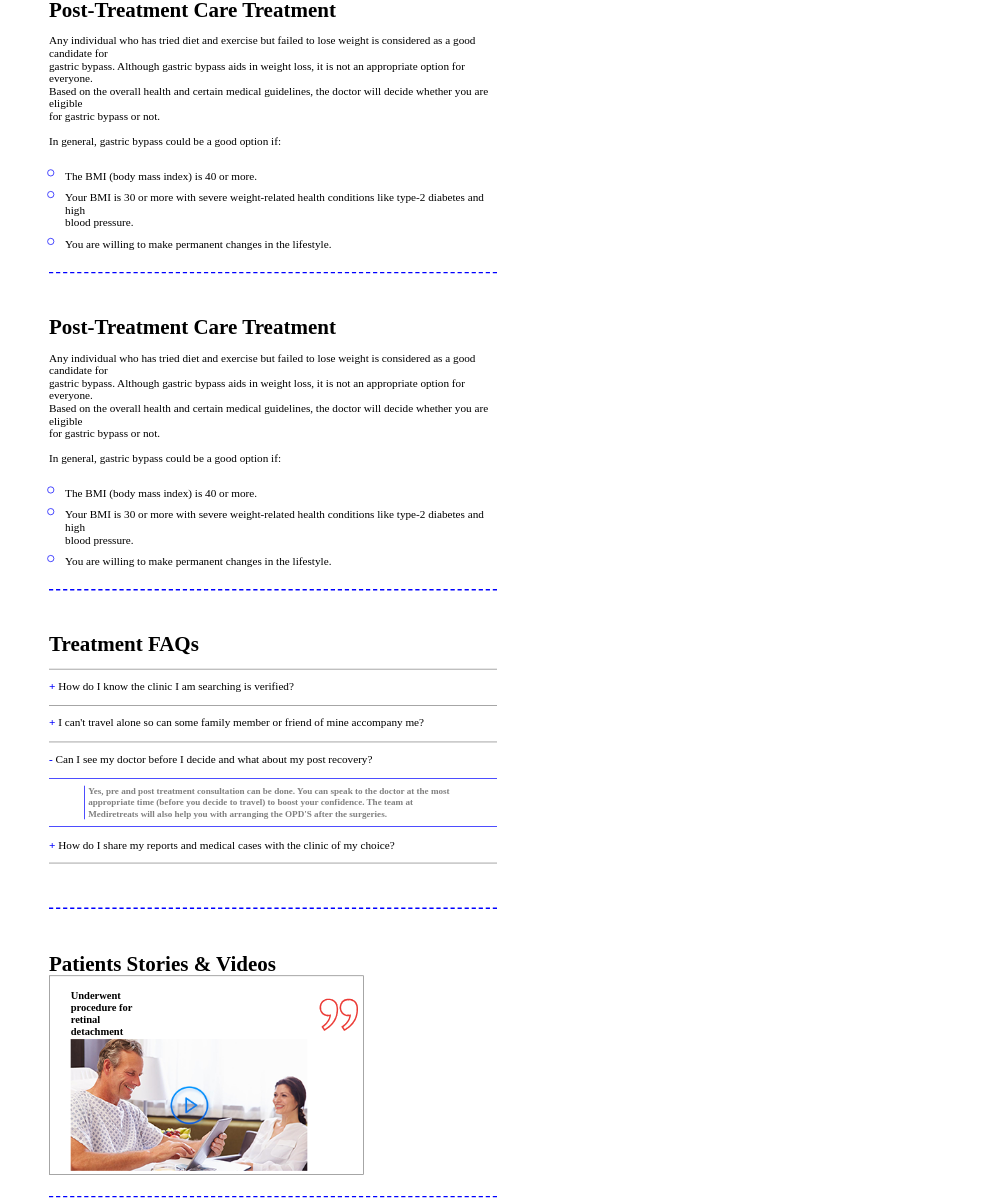
Repository: hetuk2005/webDevelopment
Page: Projects/Aafiya.html
These files come from the project's save history. The page is drawn as it stood at one moment and after the next save; the edit follows.
The browser window is 1280 px wide. The page is 1438 px wide, so the pictures cover 1438 px, including what lies to the right of the window. The pictures show the part of the page from y = 2759 to 4479 px (the page is 4479 px tall), at 70% of full size.

Above is the page before, as saved 2025-04-08 10:37:51.

### Projects/Aafiya.html
<!DOCTYPE html>
<html lang="en">

<head>
    <meta charset="UTF-8" />
    <meta name="viewport" content="width=device-width, initial-scale=1.0" />
    <title>Hetuk</title>
    <link rel="stylesheet" href="./CSS/Aafiya.css" />
</head>

<body>
    <nav>
        <div class="child1">
            <div class="images">
                <img src="./Images/Aafiya Logo.svg" alt="Aafiya Logo" class="img1" /><br />
                <img src="./Images/Logo 2.png" alt="Logo" class="img2" />
            </div>
            <div class="image_text">
                <div class="book_text">
                    <img src="./Images/Book.svg" alt="Book" class="img3" />
                    <div class="grid">
                        <br />
                        <p class="text">Second Medical Option</p>
                        <p class="text1">Book Consultation</p>
                    </div>
                </div>
                <div class="call_text">
                    <img src="./Images/Call.svg" alt="Call" class="img4" /><br />
                    <div class="grid">
                        <br />
                        <p class="text">Call Us On</p>
                        <p class="text1">985 896 2222</p>
                    </div>
                </div>
                <div class="mail_text">
                    <img src="./Images/Mail.png" alt="Mail" class="img5" />
                    <div class="grid">
                        <br />
                        <p class="text">Email Us On</p>
                        <p class="text1">info@mediretreats.com</p>
                    </div>
                </div>
                <div class="India">
                    <img src="./Images/India.svg" alt="India Flag" class="img6" />
                    <img src="./Images/Dropdown Arrow.svg" alt="Dropdown Arrow" class="img7" />
                </div>
            </div>
        </div>
        <div class="child2">
            <ul>
                <li>Home</li>
                <li>About Us</li>
                <li>Treatments +</li>
                <li>Destinations +</li>
                <li>Hospitals</li>
                <li>FAQs</li>
                <li>Blog</li>
                <li>Request A Quote</li>
            </ul>
            <input type="search" placeholder="Search" />
        </div>
    </nav>
    <div class="home_img">
        <div class="home_child">
            <p class="home_content">Home</p>
            <span> > </span>
            <p class="home_content">Treatments</p>
            <span> > </span>
            <p class="home_content">Orthopaedics</p>
            <span> > </span>
            <p class="home_content">Knee Replacement</p>
        </div>
        <br />
        <h3>Total Knee Replacement</h3>
        <p class="home_description">
            Total knee replacement is a surgery to remove and replace the whole<br /> damaged knee joint with an artificial joint.
        </p>
        <br />
        <button class="enquire_now">Enquire Now</button>
    </div>
    <div class="nav2">
        <ul>
            <li class="list">Overview</li>
            <li>Eligibility</li>
            <li>Preparation</li>
            <li>About Treatment</li>
            <li>Post-Treatment Care</li>
            <li>Recovery Tips</li>
            <li>FAQs</li>
            <li>Patients Stories</li>
        </ul>
    </div>
    <div class="treatment_overview">
        <div class="treatment_text">
            <h3>Treatment Overview</h3>
            <br />
            <p>
                Lorem ipsum dolor sit amet consectetur adipisicing elit.<br /> Earum, culpa vel debitis incidunt non quis.
            </p>
            <br />
            <p>
                Lorem ipsum dolor sit amet consectetur adipisicing elit.<br /> aliquam repudiandae, corporis consectetur dolorem eum.<br /> facilis quasi, praesentium inventore expedita quo hic.
            </p>
            <br />
            <p>
                Lorem ipsum dolor sit amet culpa vel debitis<br /> consectetur, adipisicing elit. Adipisci, nemo.
            </p>
            <br />
        </div>
        <div class="treatment_img">
            <img src="./Images/treatment_overview (1).jpg" alt="Image" />
        </div>
    </div>
    <div class="eligibility_for_treatment">
        <div class="eligibility_text">
            <h3>Eligibility For Treatment</h3>
            <br />
            <p>
                Any individual who has tried diet and exercise but failed to lose weight is considered as a good candidate for<br /> gastric bypass. Although gastric bypass aids in weight loss, it is not an appropriate option for everyone.<br /> Based
                on the overall health and certain medical guidelines, the doctor will decide whether you are eligible<br /> for gastric bypass or not.
            </p>
            <br />
            <p>In general, gastric bypass could be a good option if:</p>
            <br />
            <ul>
                <li>The BMI (body mass index) is 40 or more.</li>
                <li>
                    Your BMI is 30 or more with severe weight-related health conditions like type-2 diabetes and high<br /> blood pressure.
                </li>
                <li>You are willing to make permanent changes in the lifestyle.</li>
            </ul>
        </div>
        <br /><br /><br />
        <div class="eligibility_form">
            <h3>Need Help?</h3>
            <br />
            <p>
                Just let us know. We will be happy to<br /> assist you.
            </p>
            <br /><br />
            <form>
                <input type="text" placeholder="Full Name" /><br /><br />
                <input type="email" placeholder="Email" /><br /><br />
                <input type="tel" placeholder="Phone Number" /><br /><br />
                <input type="textarea" placeholder="Describe Your Treatment Requirement" class="textarea" /><br /><br />
                <button class="Enquiry">Send Enquiry</button>
            </form>
        </div>
    </div>
    <div class="preparation_of_treatment">
        <h3>Preparation Of Treatment</h3>
        <br />
        <p>
            Any individual who has tried diet and exercise but failed to lose weight is considered as a good candidate for<br /> gastric bypass. Although gastric bypass aids in weight loss, it is not an appropriate option for everyone.<br /> Based on
            the overall health and certain medical guidelines, the doctor will decide whether you are eligible<br /> for gastric bypass or not.
        </p>
        <br />
        <p>In general, gastric bypass could be a good option if:</p>
        <br />
        <ul>
            <li>The BMI (body mass index) is 40 or more.</li>
            <li>
                Your BMI is 30 or more with severe weight-related health conditions like type-2 diabetes and high<br /> blood pressure.
            </li>
            <li>You are willing to make permanent changes in the lifestyle.</li>
        </ul>
    </div>
    <div class="about_treatment">
        <h3>About Treatment</h3>
        <br />
        <p>
            Any individual who has tried diet and exercise but failed to lose weight is considered as a good candidate for<br /> gastric bypass. Although gastric bypass aids in weight loss, it is not an appropriate option for everyone.<br /> Based on
            the overall health and certain medical guidelines, the doctor will decide whether you are eligible<br /> for gastric bypass or not.
        </p>
        <br />
        <p>In general, gastric bypass could be a good option if:</p>
        <br />
        <ul>
            <li>The BMI (body mass index) is 40 or more.</li>
            <li>
                Your BMI is 30 or more with severe weight-related health conditions like type-2 diabetes and high<br /> blood pressure.
            </li>
            <li>You are willing to make permanent changes in the lifestyle.</li>
        </ul>
    </div>
    <div class="post_treatment">
        <h3>Post-Treatment Care Treatment</h3>
        <br />
        <p>
            Any individual who has tried diet and exercise but failed to lose weight is considered as a good candidate for<br /> gastric bypass. Although gastric bypass aids in weight loss, it is not an appropriate option for everyone.<br /> Based on
            the overall health and certain medical guidelines, the doctor will decide whether you are eligible<br /> for gastric bypass or not.
        </p>
        <br />
        <p>In general, gastric bypass could be a good option if:</p>
        <br />
        <ul>
            <li>The BMI (body mass index) is 40 or more.</li>
            <li>
                Your BMI is 30 or more with severe weight-related health conditions like type-2 diabetes and high<br /> blood pressure.
            </li>
            <li>You are willing to make permanent changes in the lifestyle.</li>
        </ul>
    </div>
    <div class="treatment_recovery">
        <h3>Post-Treatment Care Treatment</h3>
        <br />
        <p>
            Any individual who has tried diet and exercise but failed to lose weight is considered as a good candidate for<br /> gastric bypass. Although gastric bypass aids in weight loss, it is not an appropriate option for everyone.<br /> Based on
            the overall health and certain medical guidelines, the doctor will decide whether you are eligible<br /> for gastric bypass or not.
        </p>
        <br />
        <p>In general, gastric bypass could be a good option if:</p>
        <br />
        <ul>
            <li>The BMI (body mass index) is 40 or more.</li>
            <li>
                Your BMI is 30 or more with severe weight-related health conditions like type-2 diabetes and high<br /> blood pressure.
            </li>
            <li>You are willing to make permanent changes in the lifestyle.</li>
        </ul>
    </div>
    <div class="treatment_faqs">
        <h3>Treatment FAQs</h3>
        <br />
        <p>How do I know the clinic I am searching is verified?</p>
        <br />
        <p>
            I can't travel alone so can some family member or friend of mine accompany me?
        </p>
        <br />
        <p class="answered">
            Can I see my doctor before I decide and what about my post recovery?
        </p>
        <br />
        <p class="answer">
            <span class="left">
          Yes, pre and post treatment consultation can be done. You can speak to
          the doctor at the most<br />
          appropriate time (before you decide to travel) to boost your
          confidence. The team at<br />
          Mediretreats will also help you with arranging the OPD'S after the
          surgeries.
        </span>
        </p>
        <br />
        <a class="bottom">
        How do I share my reports and medical cases with the clinic of my
        choice?
      </a>
        <br />
    </div>
    <div class="patient_stories">
        <h3>Patients Stories & Videos</h3>
        <div class="stories_img">
            <div class="text1">
                <p class="stories_text">Underwent procedure for<br> retinal detachment</p>
                <br>
                <img src="./Images/Quotes.svg" alt="Quotes" class="quotes">
            </div>
            <img src="./Images/Patient_Stories.png" alt="Image Of Patient" class="patients" />
        </div>
    </div>
</body>

</html>

### Projects/CSS/Aafiya.css
* {
    margin: 0;
    padding: 0;
    box-sizing: border-box;
}

nav {
    width: 100%;
}

.child1 {
    display: flex;
    padding-top: 15px;
    gap: 20px;
    /* height: 50vh; */
    /* border: 1px solid black; */
    justify-content: space-evenly;
    align-items: center;
}

.img3,
.img4,
.img5 {
    height: 60px;
    width: 60px;
    padding-top: 10px;
    object-fit: contain;
}

.book_text,
.call_text,
.mail_text {
    display: flex;
    width: 250px;
    /* border: 1px solid red; */
    justify-content: center;
    padding-bottom: 15px;
}

.grid {
    display: grid;
    text-align: left;
    padding-left: 10px;
}

.img1 {
    height: 70px;
    width: 300px;
    object-fit: contain;
}

.img2 {
    height: 80px;
    width: 70px;
    object-fit: contain;
}

.image_text {
    display: flex;
    gap: 20px;
    padding-right: 50px;
}

.images {
    display: flex;
    gap: 25px;
    padding-left: 50px;
    justify-content: center;
    align-items: center;
}

.text1 {
    font-weight: bolder;
    font-size: 15px;
}

.text {
    font-weight: bold;
    color: gray;
    font-size: 15px;
}

.India {
    display: flex;
    padding-left: 5px;
    justify-content: center;
    gap: 8px;
}

.India>.img6 {
    height: 50px;
    /* width: 50px; */
    padding-top: 10px;
    object-fit: contain;
}

.India>.img7 {
    height: 40px;
    /* width: 40px; */
    padding-top: 23px;
    object-fit: contain;
}

.child2 {
    display: flex;
    padding-top: 10px;
    /* border: 1px solid black; */
    justify-content: space-evenly;
    align-items: center;
    color: white;
    padding-bottom: 10px;
    background-color: rgb(125, 163, 244);
}

.child2>ul {
    list-style-type: none;
    display: flex;
    gap: 60px;
    justify-content: center;
    font-weight: bold;
    align-items: center;
    font-size: larger;
    padding-right: 60px;
}

.child2>input {
    height: 45px;
    background-color: rgb(125, 163, 244);
    width: 200px;
    padding-left: 10px;
    font-weight: bold;
    border: 2px solid black;
}

.child2>input::placeholder {
    color: white;
    text-align: center;
    font-size: large;
    font-weight: bolder;
    opacity: 0.8;
}

.home_img {
    background-image: url(../Images/Main\ Image.jpg);
    background-position: center center;
    background-size: cover;
    background-repeat: no-repeat;
    padding: 80px 0;
    padding-left: 70px;
    position: relative;
    color: white;
}

.home_img>.home_child {
    display: flex;
    gap: 20px;
}

.home_img>.home_child>.home_content,
span {
    font-size: 20px;
    font-weight: bold;
}

.home_img>h3 {
    font-size: 37px;
    font-weight: bolder;
    margin-bottom: 15px;
}

.home_img>.home_description {
    font-size: 19px;
    margin-bottom: 25px;
    font-weight: bold;
}

.home_img>.home_child>span {
    color: red;
}

.home_img>.enquire_now {
    background-color: #1da1f2;
    font-weight: bold;
    color: white;
    font-size: 17px;
    width: 170px;
    height: 40px;
}

.nav2>ul {
    list-style-type: none;
    display: flex;
    gap: 50px;
    padding-left: 60px;
    padding-top: 25px;
    padding-bottom: 20px;
    border-bottom: 2px solid gray;
    font-size: larger;
    font-weight: 300;
}

.nav2>ul>.list:hover {
    text-decoration: underline;
}

.treatment_overview {
    display: flex;
    width: 100%;
    gap: 50px;
    margin-bottom: 10px;
    border-bottom: 2px dashed blue;
    margin-left: 70px;
}

.treatment_overview>.treatment_text {
    padding-top: 67px;
    padding-bottom: 50px;
}

.treatment_overview>.treatment_text>p {
    font-size: 25px;
    padding-bottom: 25px;
}

.treatment_overview>.treatment_text>h3 {
    font-weight: bold;
    font-size: 30px;
}

.treatment_overview>.treatment_img>img {
    height: 480px;
    width: 700px;
    padding-top: 40px;
    padding-bottom: 40px;
    object-fit: contain;
    margin-right: 70px;
}

.eligibility_for_treatment {
    display: flex;
    width: 100%;
    gap: 80px;
    padding-top: 50px;
    margin-left: 70px;
}

.eligibility_for_treatment>.eligibility_text {
    border-bottom: 2px dashed blue;
}

.eligibility_for_treatment>.eligibility_text>h3 {
    font-size: 30px;
    font-weight: bold;
}

.eligibility_for_treatment>.eligibility_text>ul {
    list-style-type: circle;
    padding-left: 23px;
}

.eligibility_for_treatment>.eligibility_text>ul>li::marker {
    color: blue;
    font-size: 30px;
    font-weight: bold;
}

.eligibility_for_treatment>.eligibility_form>h3 {
    font-size: 35px;
    color: blue;
    font-weight: bold;
    font-style: italic;
}

.eligibility_form {
    box-shadow: 0 0 10px rgba(0, 0, 0, 0.4);
    border-radius: 7px;
    padding: 20px;
}

.eligibility_for_treatment>.eligibility_form>p {
    font-size: 20px;
}

.eligibility_for_treatment>.eligibility_form>form>input {
    height: 40px;
    width: 300px;
    gap: 20px;
    border: 2px solid black;
    border-radius: 7px;
}

.eligibility_for_treatment>.eligibility_form>form>input::placeholder {
    color: gray;
    padding-left: 15px;
}

.eligibility_for_treatment>.eligibility_form>form>.textarea {
    height: 100px;
    width: 300px;
    border: 2px solid black;
    border-radius: 7px;
}


/*.eligibility_for_treatment>.eligibility_form>form>.textarea::placeholder {
    padding-bottom: 70px;
}*/

.eligibility_for_treatment>.eligibility_form>form>button {
    background: linear-gradient(to right, #00aaff, #66ccff);
    color: white;
    width: 100%;
    border-radius: 7px;
    border: none;
    height: 45px;
}

.preparation_of_treatment>h3 {
    font-size: 30px;
    font-weight: bold;
}

.preparation_of_treatment {
    border-bottom: 2px dashed blue;
    margin-bottom: 10px;
    padding-bottom: 30px;
    gap: 50px;
    padding-top: 50px;
    margin-left: 70px;
    width: 50%;
}

.preparation_of_treatment>ul {
    list-style-type: circle;
    padding-left: 23px;
}

.preparation_of_treatment>ul>li::marker {
    color: blue;
    font-size: 30px;
    font-weight: bold;
}

.about_treatment {
    border-bottom: 2px dashed blue;
    margin-bottom: 10px;
    padding-bottom: 30px;
    gap: 50px;
    padding-top: 50px;
    margin-left: 70px;
    width: 50%;
}

.about_treatment>ul {
    list-style-type: circle;
    padding-left: 23px;
}

.about_treatment>ul>li::marker {
    color: blue;
    font-size: 30px;
    font-weight: bold;
}

.about_treatment>h3 {
    font-size: 30px;
    font-weight: bold;
}

.post_treatment {
    border-bottom: 2px dashed blue;
    margin-bottom: 10px;
    padding-bottom: 30px;
    gap: 50px;
    padding-top: 50px;
    margin-left: 70px;
    width: 50%;
}

.post_treatment>ul {
    list-style-type: circle;
    padding-left: 23px;
}

.post_treatment>ul>li::marker {
    color: blue;
    font-size: 30px;
    font-weight: bold;
}

.post_treatment>h3 {
    font-size: 30px;
    font-weight: bold;
}

.treatment_recovery {
    border-bottom: 2px dashed blue;
    margin-bottom: 10px;
    padding-bottom: 30px;
    gap: 50px;
    padding-top: 50px;
    margin-left: 70px;
    width: 50%;
}

.treatment_recovery>ul {
    list-style-type: circle;
    padding-left: 23px;
}

.treatment_recovery>ul>li::marker {
    color: blue;
    font-size: 30px;
    font-weight: bold;
}

.treatment_recovery>h3 {
    font-size: 30px;
    font-weight: bold;
}

.treatment_faqs>h3 {
    font-size: 30px;
    font-weight: bold;
}

.treatment_faqs {
    border-bottom: 2px dashed blue;
    padding-bottom: 45px;
    margin-bottom: 11px;
    gap: 50px;
    padding-top: 50px;
    margin-left: 70px;
    width: 50%;
}

.treatment_faqs>p {
    border-top: 1px solid gray;
    padding-top: 15px;
    counter-reset: value;
}

.treatment_faqs>p::before {
    counter-increment: value;
    content: "+  ";
    font-weight: bold;
    color: blue;
}

.treatment_faqs>.answered {
    counter-reset: value;
}

.treatment_faqs>.answered::before {
    counter-increment: value;
    content: "-  ";
    color: blue;
}

.treatment_faqs>.bottom {
    border-bottom: 1px solid gray;
    display: block;
    padding-bottom: 15px;
    counter-reset: value;
}

.treatment_faqs>.bottom::before {
    counter-increment: value;
    content: "+  ";
    font-weight: bold;
    color: blue;
}

.treatment_faqs>.answer {
    border-top: 1px solid blue;
    border-bottom: 1px solid blue;
    padding-left: 50px;
    padding-top: 10px;
    padding-bottom: 10px;
    counter-reset: value;
}

.treatment_faqs>.answer::before {
    counter-increment: value;
    content: "";
    color: blue;
}

.treatment_faqs>.answer>.left {
    border-left: 1px solid blue;
    display: block;
    font-size: small;
    padding-left: 5px;
    color: gray;
}

.patient_stories {
    border-bottom: 2px dashed blue;
    margin-bottom: 10px;
    padding-bottom: 30px;
    gap: 50px;
    padding-top: 50px;
    margin-left: 70px;
    width: 50%;
}

.patient_stories>h3 {
    font-size: 30px;
    font-weight: bold;
}

.patient_stories>.stories_img {
    border: 1px solid gray;
    width: 450px;
    padding-left: 30px;
    padding-top: 20px;
}

.patient_stories>.stories_img>.text1 {
    display: flex;
    gap: 20px;
    /* margin-top: 50px; */
}

.patient_stories>.stories_img>.text1>.quotes {
    height: 70px;
    width: 70px;
    margin-left: 200px;
    object-fit: contain;
}

After the next save:
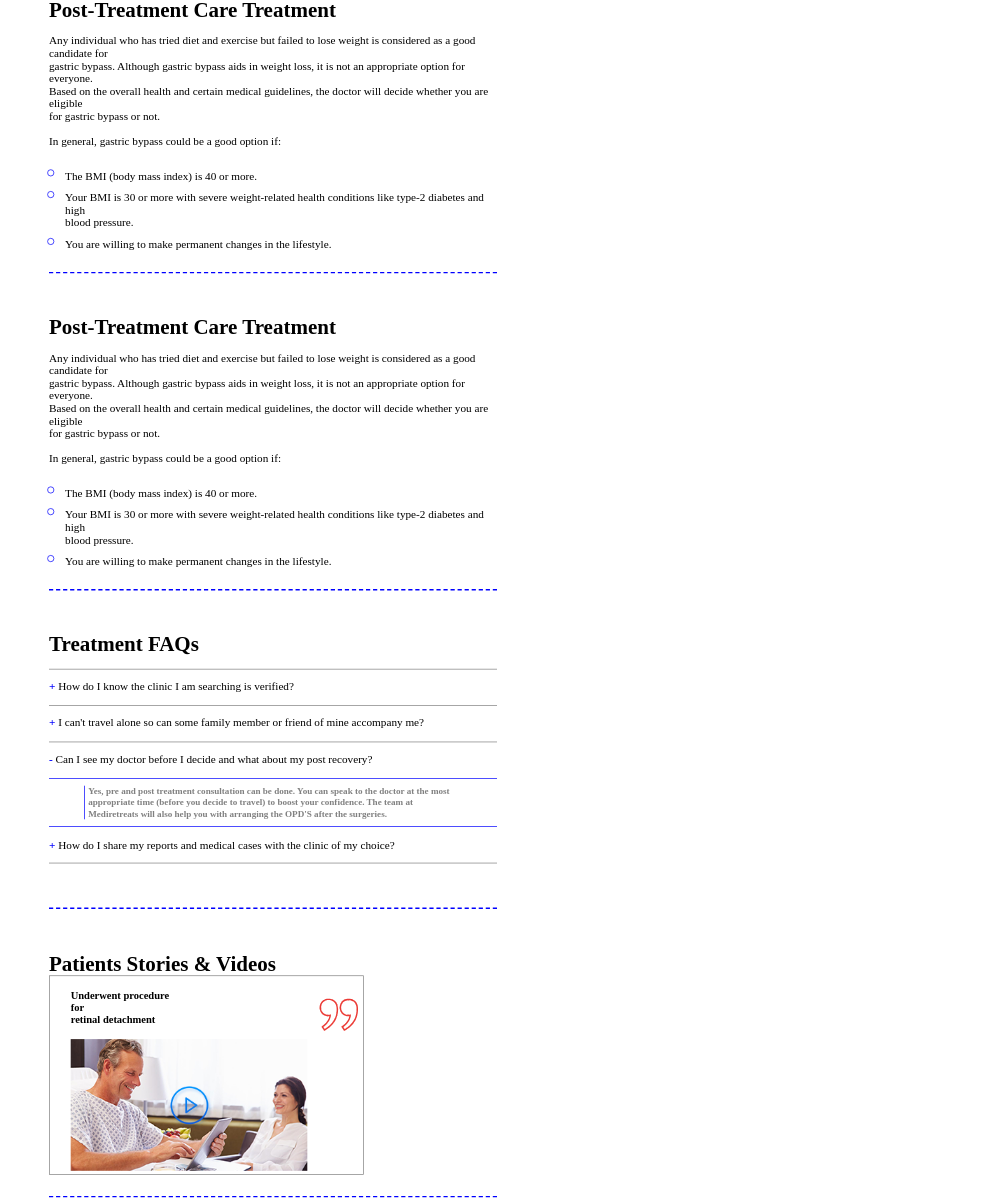
Saved 16 s later.
--- a/Projects/CSS/Aafiya.css
+++ b/Projects/CSS/Aafiya.css
@@ -518,7 +518,7 @@ span {
 
 .patient_stories>.stories_img>.text1 {
     display: flex;
-    gap: 20px;
+    /* gap: 20px; */
     /* margin-top: 50px; */
 }
 
